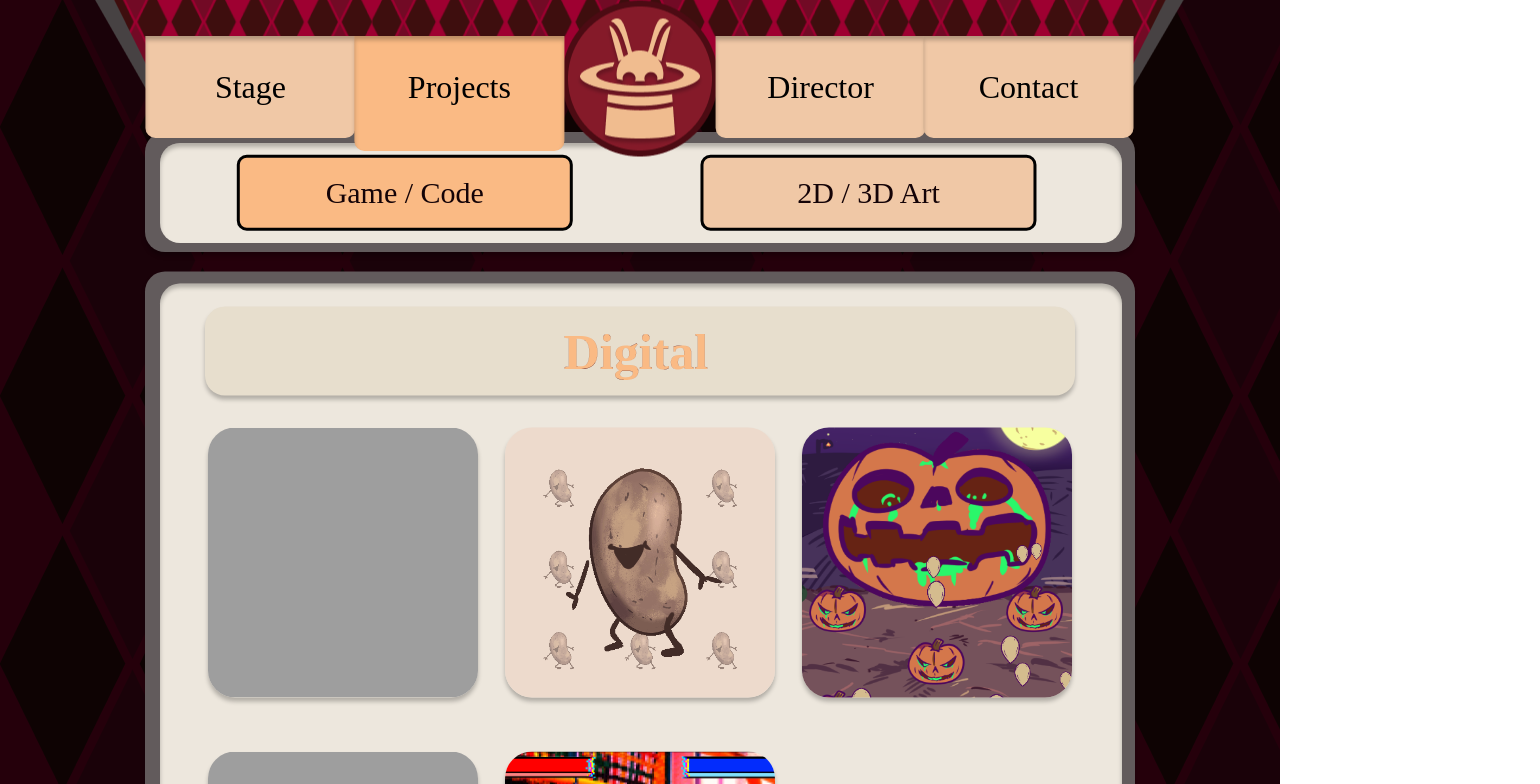
Repository: EMP-ChristinaC/Portfolio
Page: main-project-page/projects.html
An editor plug-in stored every save of this project. The page is shown before and after the next save, followed by the edit.
The browser window is 1280 px wide. The page is 1280 px wide, then 1540 px, so the pictures cover 1540 px, including what lies to the right of the window. The pictures show the part of the page from y = 0 to 784 px (the page is 2161 px tall).
Pictures or frames that could not be fetched are drawn as grey boxes. Some web fonts or font styles are not loaded; a fallback is used.

Above is the page before, as saved 2024-12-18 17:14:15.

After the next save:
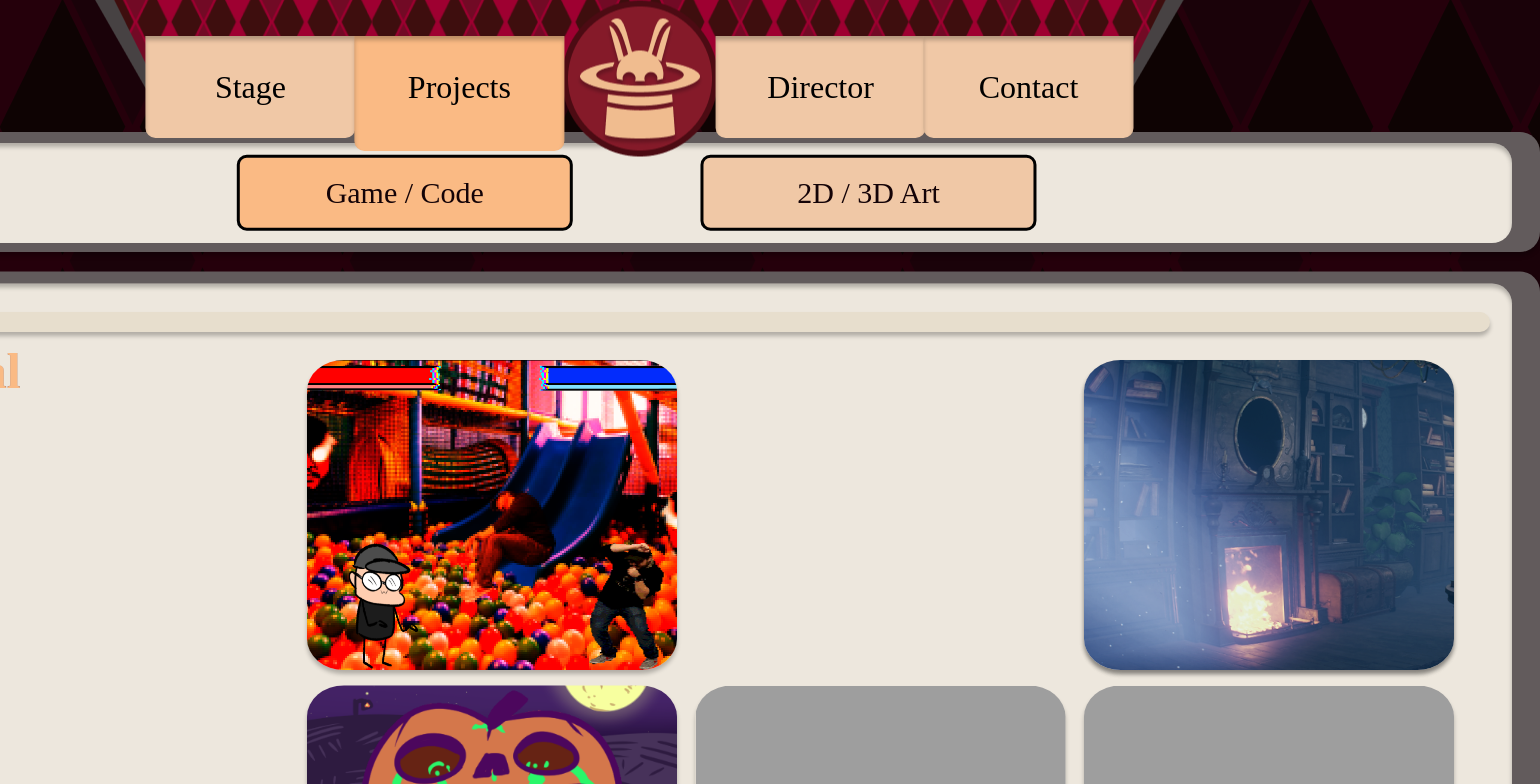
Saved 5 s later.
--- a/main-project-page/projects-style.css
+++ b/main-project-page/projects-style.css
@@ -1,10 +1,8 @@
 
 /*///////////////////////////////// Box Outline ////////////////////////////*/
-@media screen and (max-width: 1280px) {
-
 .box-outline-outside-projects,
 .box-outline-outside-projects-two {
-    width: 990px;
+    width: 1800px;
     height: 804px;
     background: rgba(98, 91, 92);
     box-shadow: 0px 4px 4px rgba(0, 0, 0, 0.25);
@@ -26,7 +24,7 @@
 }
 
 .box-outline-outside-projects-sub-nav {
-    width: 990px;
+    width: 1800px;
     height: 120px;
     background: rgba(98, 91, 92);
     box-shadow: 0px 4px 4px rgba(0, 0, 0, 0.25);
@@ -42,7 +40,7 @@
 
 
 .box-outline-inside-projects {
-    width: 962px;
+    width: 1745px;
     height: 780px;
     background: #EDE7DD;
     box-shadow: 0px 4px 4px rgba(0, 0, 0, 0.25) inset;
@@ -54,7 +52,7 @@
 }
 
 .box-outline-inside-projects-two {
-    width: 962px;
+    width: 1745px;
     height: 780px;
     background: #EDE7DD;
     box-shadow: 0px 4px 4px rgba(0, 0, 0, 0.25) inset;
@@ -66,7 +64,7 @@
 }
 
 .box-outline-inside-projects-sub-nav {
-    width: 962px;
+    width: 1745px;
     height: 100px;
     background: #EDE7DD;
     box-shadow: 0px 4px 4px rgba(0, 0, 0, 0.25) inset;
@@ -81,8 +79,8 @@
 
 .box-outline-heading-wel-project,
 .box-outline-heading-wel-project-two {
-    width: 870px;
-    height: 89px;
+    width: 1700px;
+    height: 20px;
     background: #E7DECD;
     box-shadow: 0px 4px 4px rgba(0, 0, 0, 0.25);
     border-radius: 20px;
@@ -93,14 +91,14 @@
 
 .box-outline-heading-wel-project {
     position: absolute;
-    top: 50%;
+    top: 45%;
     left: 50%;
     transform: translate(-50%, -60%);
 }
 
 .box-outline-heading-wel-project-two {
     position: absolute;
-    top: 50%;
+    top: 117%;
     left: 50%;
     transform: translate(-50%, 895%);
 }
@@ -187,14 +185,14 @@
 .heading-intro-project {
     position: absolute;
     top: -20%;
-    left: 2%;
+    left: -15%;
     /* transform: translate(-50%, -320%); */
 }
 
 .heading-intro-project-two {
     position: absolute;
     top: -20%;
-    left: 2%;
+    left: -14%;
     /* transform: translate(-50%, -320%); */
 }
 
@@ -347,32 +345,32 @@ footer.section p {
 /*///////////////////////////////// Animation ////////////////////////////*/
 
 .image-container {
-    transform: translate(-160%, 340%);
+    transform: translate(120%, 320%);
 }
 
 .image-container-two {
-    transform: translate(-50%, 25%);
+    transform: translate(120%, 0%);
 }
 
 .image-container-three {
-    transform: translate(-160%, 145%);
+    transform: translate(120%, 105%);
 }
 
 
 .image-container-four {
-    transform: translate(60%, 25%);
+    transform: translate(-90%, 105%);
 }
 
 .image-container-five {
-    transform: translate(-50%, 145%);
+    transform: translate(-90%, 0%);
 }
 
 .image-container-six {
-    transform: translate(-50%, 340%);
+    transform: translate(120%, 0%);
 }
 
 .image-container-seven {
-    transform: translate(-160%, 25%);
+    transform: translate(15%, 105%);
 }
 
 .image-container,
@@ -385,8 +383,8 @@ footer.section p {
     top: 50%;
     left: 50%;
     position: absolute;
-    width: 270px;
-    height: 270px;
+    width: 370px;
+    height: 310px;
     border-radius: 10%;
     overflow: hidden;
     box-shadow: 0px 4px 4px rgba(0, 0, 0, 0.25);
@@ -486,5 +484,3 @@ footer.section p {
 .phone-projects {
     display: none;
 }
-
-}
